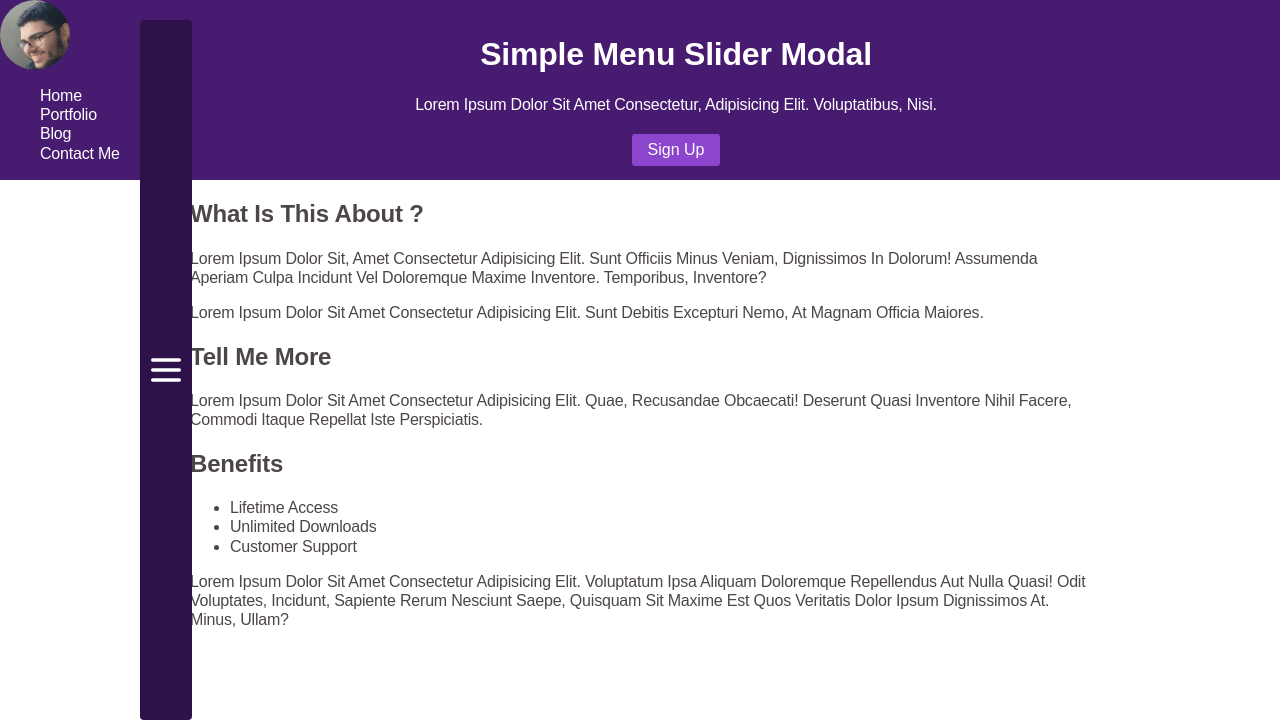
Repository: lilo750/Menu-Slider-modal
Page: index.html
These files come from the project's save history. The page is drawn as it stood at one moment and after a run of saves; the edit follows.
The browser window is 1280 px wide. The pictures show the whole page.

Above is the page before, as saved 2024-01-17 10:05:40.

After the next 2 saves:
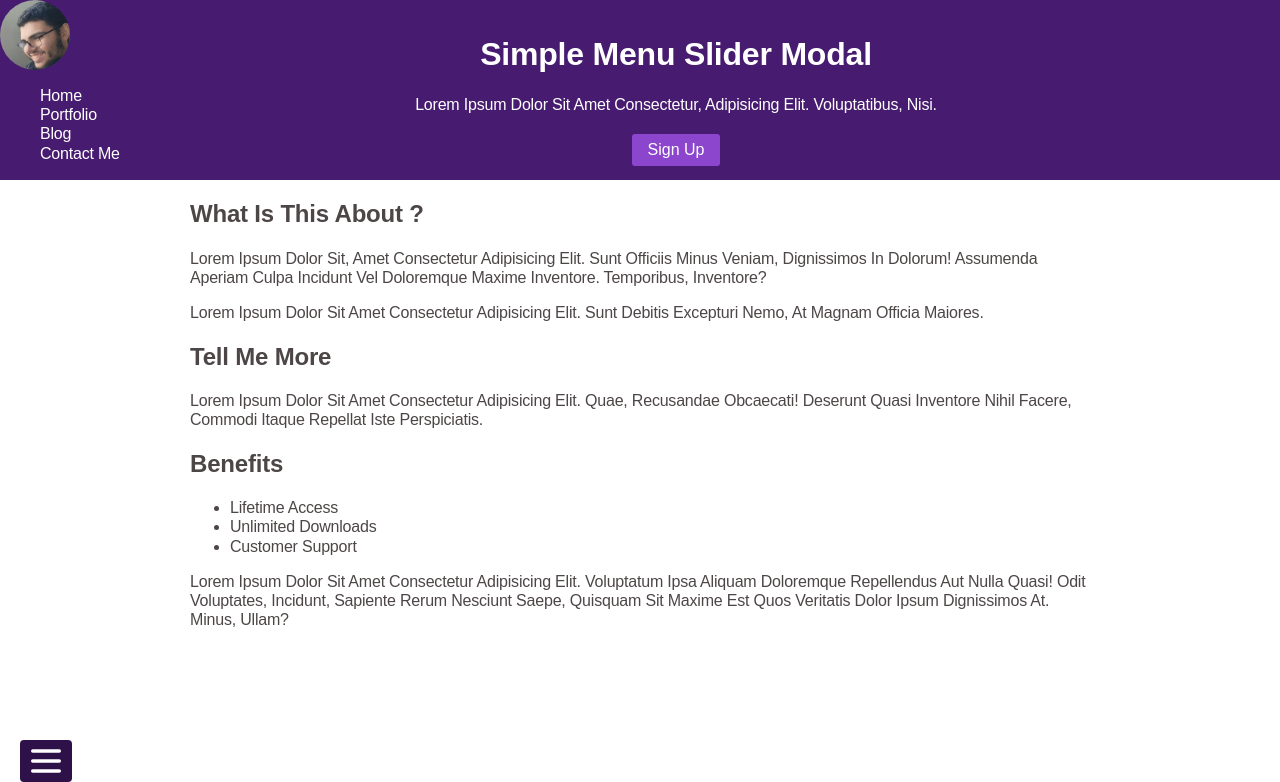
The 2 saves are shown as one change because they came seconds apart.
The last was saved 38 s later.
--- a/assets/style.css
+++ b/assets/style.css
@@ -14,10 +14,10 @@ body {
 
 .left-menu {
     position: absolute;
-    display: flex;
+    /* display: flex; */
 
     & aside {
-        height: calc(100vh - 20px);
+        height: 100vh;
 
         #profile-img {
             width: 70px;
